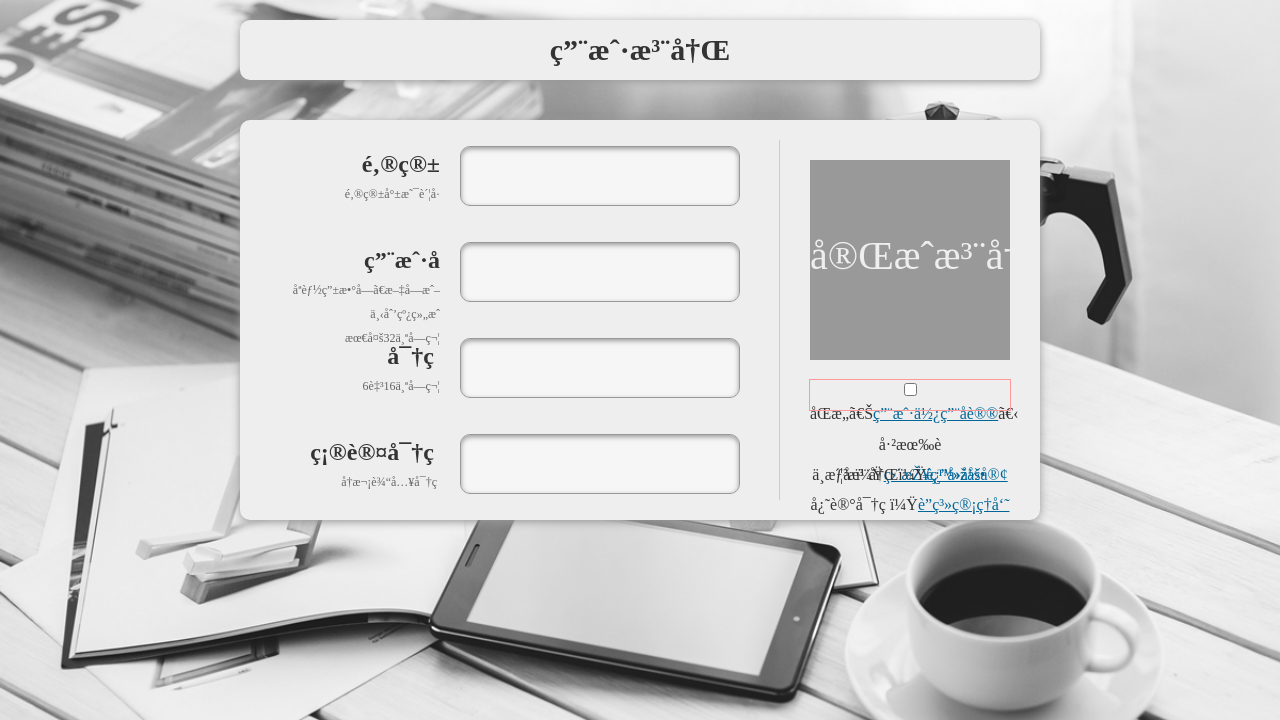
Repository: SUT-GC/myblog
Page: http://localhost/myblog/jsp/registered/registered.jsp
An editor plug-in stored every save of this project. The page is shown before and after the next save, followed by the edit.
The browser window is 1280 px wide. The pictures show the whole page.
The page is served by Tomcat 9.

Above is the page before, as saved 2015-09-20 12:09:50.

After the next save:
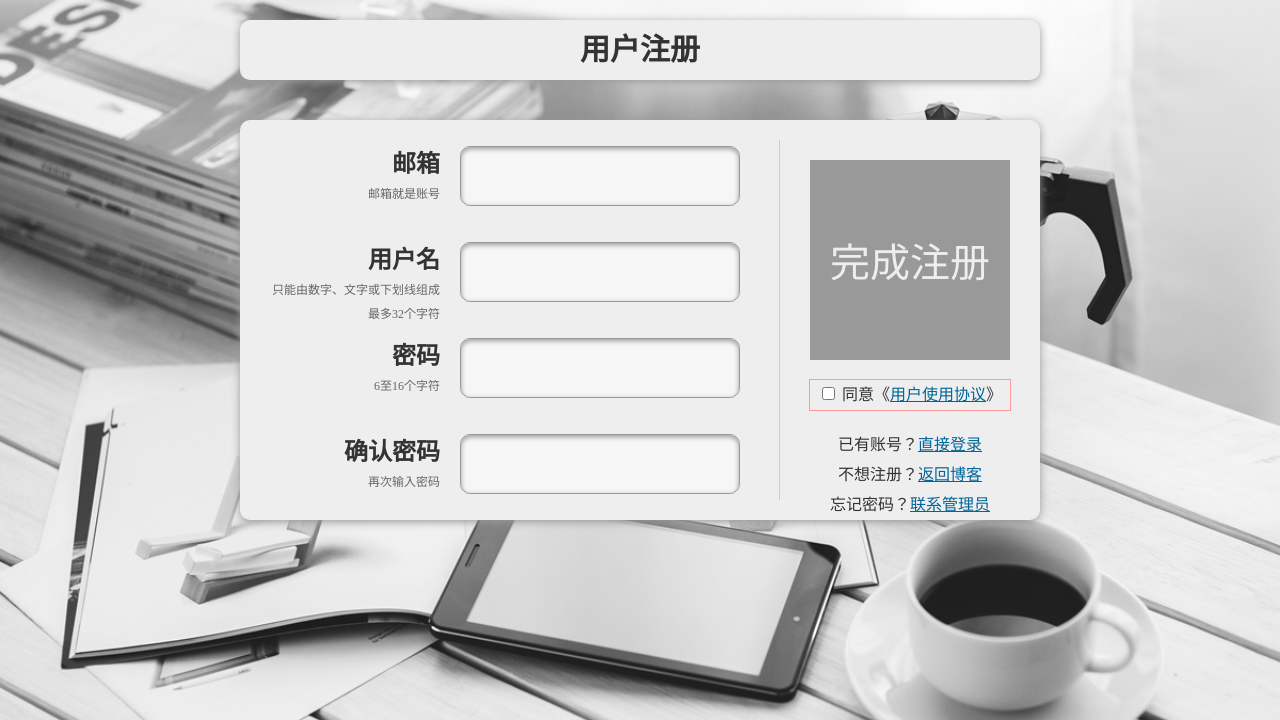
Saved 34 s later.
--- a/javaee_workspace/myblog/WebContent/jsp/registered/registered.jsp
+++ b/javaee_workspace/myblog/WebContent/jsp/registered/registered.jsp
@@ -1,5 +1,7 @@
-<!DOCTYPE html PUBLIC "-//W3C//DTD XHTML 1.0 Transitional//EN" "http://www.w3.org/TR/xhtml1/DTD/xhtml1-transitional.dtd">
-<html xmlns="http://www.w3.org/1999/xhtml">
+<%@ page language="java" contentType="text/html; charset=utf-8"
+    pageEncoding="utf-8"%>
+<!DOCTYPE html PUBLIC "-//W3C//DTD HTML 4.01 Transitional//EN" "http://www.w3.org/TR/html4/loose.dtd">
+<html>
 <head>
 <meta http-equiv="Content-Type" content="text/html; charset=utf-8" />
 <title>GC博客用户注册</title>
